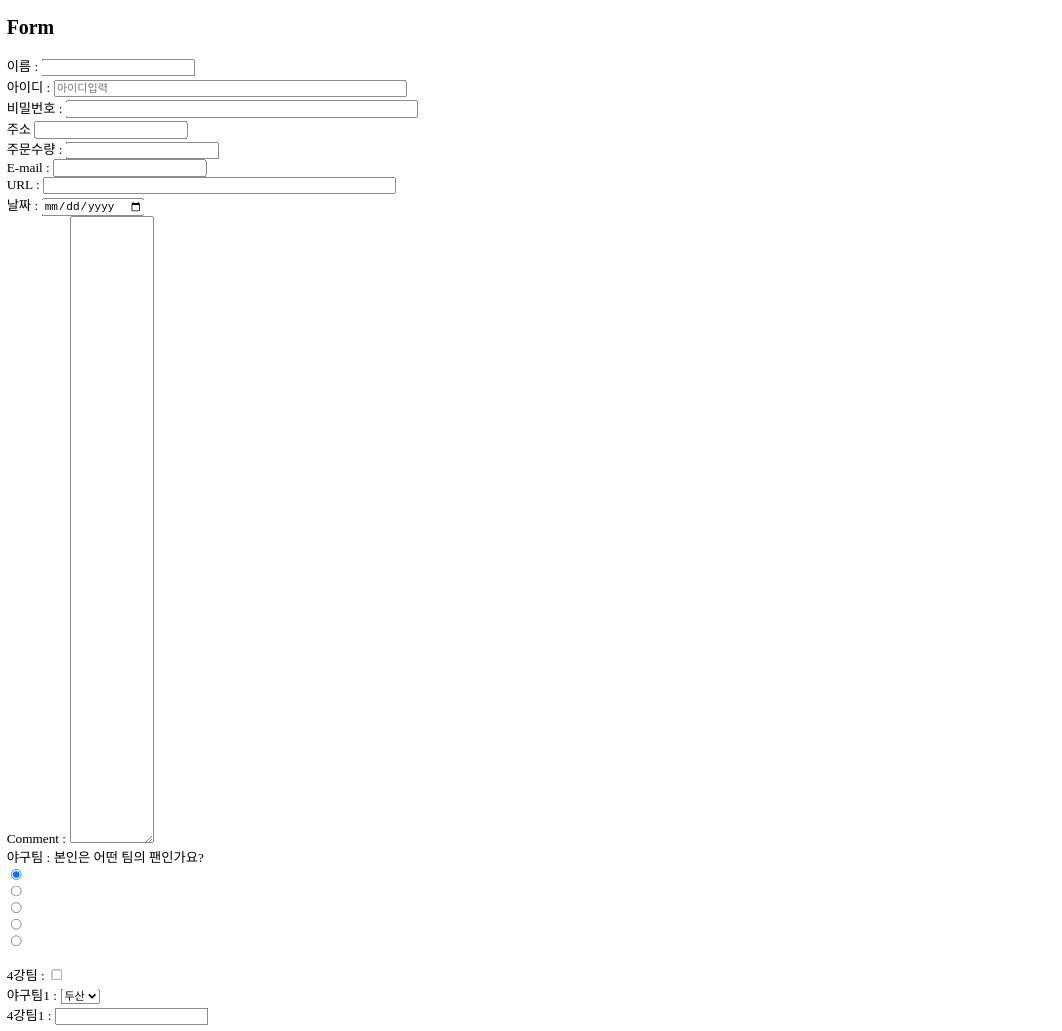
Repository: star-min/jsp_basic
Page: jsp1/web01/src/main/webapp/form.html
The author's editor kept a copy of each file at every save. The page is drawn from the files as they stood at one save, then again after the next save.
The browser window is 1280 px wide. The pictures show the whole page, at 83% of full size.

Above is the page before, as saved 2022-04-22 05:50:44.

### jsp1/web01/src/main/webapp/form.html
<!DOCTYPE html>
<html>
<head>
<meta charset="UTF-8">
<title>From</title>
<style>

</style>
</head>
<body>
	<header>
		<h2>Form</h2>
	</header>
	<tbody>
		<div>
			<tr>
				<th><label for="mname">이름 : </label></th>
				<td>
					<input type="text" id="mname" name="mname" class="name">
					</br>
				</td>
			</tr>
			<tr>
				<th><label for="id">아이디 : </label></th>
				<td>
					<input type="text" id="id" name="id" class="indata" size="50" placeholder="아이디입력" required>
					</br>
				</td>
			</tr>
			<tr>
				<th><label for="upw">비밀번호 : </label></th>
				<td>
					<input type="password"  id="upw" name="upw" class="pw" size="50">
					</br>
				</td>
			</tr>
			<tr>
				<th><label for="addrss">주소</label></th>
				<td>
					<input type="text" >
					</br>
				</td>
			</tr>
			<tr>
				<th><label for="number">주문수량 : </label></th>
				<td>
					<input type="number" name="qty" id="qty" size="50">
					</br>
				</td>
			</tr>
			<tr>
				<th><label for="text">E-mail : </label></th>
				<td>
					<input type="text">
					</br>
				</td>
			</tr>
			<tr>
				<th><label for="url">URL : </label></th>
				<td>
					<input type="url" name="url" id="url" size="50">
					</br>
				</td>
			</tr>
			<tr>
				<th><label for="date">날짜 : </label></th>
				<td>
					<input type="date" name="date" id="date">
					</br>
				</td>
			</tr>
			<tr>
				<th><label for="comment">Comment : </label></th>
				<td>
					<textarea name="comment" rows="50" cols="10" name="comment" id="comment"></textarea>
					</br>
				</td>
			</tr>
			<tr>
				<th><label for="baseball">야구팀 : </label></th>
				<td>
					<span id="baseball">본인은 어떤 팀의 팬인가요?</span><br>
					<input type="radio" name="baseball" id="baseball" value="두산" checked><br>
					<input type="radio" name="baseball" id="baseball" value="삼성"><br>
					<input type="radio" name="baseball" id="baseball" value="한화"><br>
					<input type="radio" name="baseball" id="baseball" value="KIA"><br>
					<input type="radio" name="baseball" id="baseball" value="NC"><br>
					</br>
				</td>
			</tr>
			<tr>
				<th><label for="">4강팀 : </label></th>
				<td>
					<input type="checkbox">
					</br>
				</td>
			</tr>
			<tr>
				<th><label for="">야구팀1 : </label></th>
				<td>
					<select name="base">
					<option value="두산">두산</option>
					<option value="삼성">삼성</option>
					<option value="한화">한화</option>
					</select>
					</br>
				</td>
			</tr>
			<tr>
				<th><label for="">4강팀1 : </label></th>
				<td>
					<input type="">
					</br>
				</td>
			</tr>
		</div>
	</tbody>
</body>
</html>

After the next save:
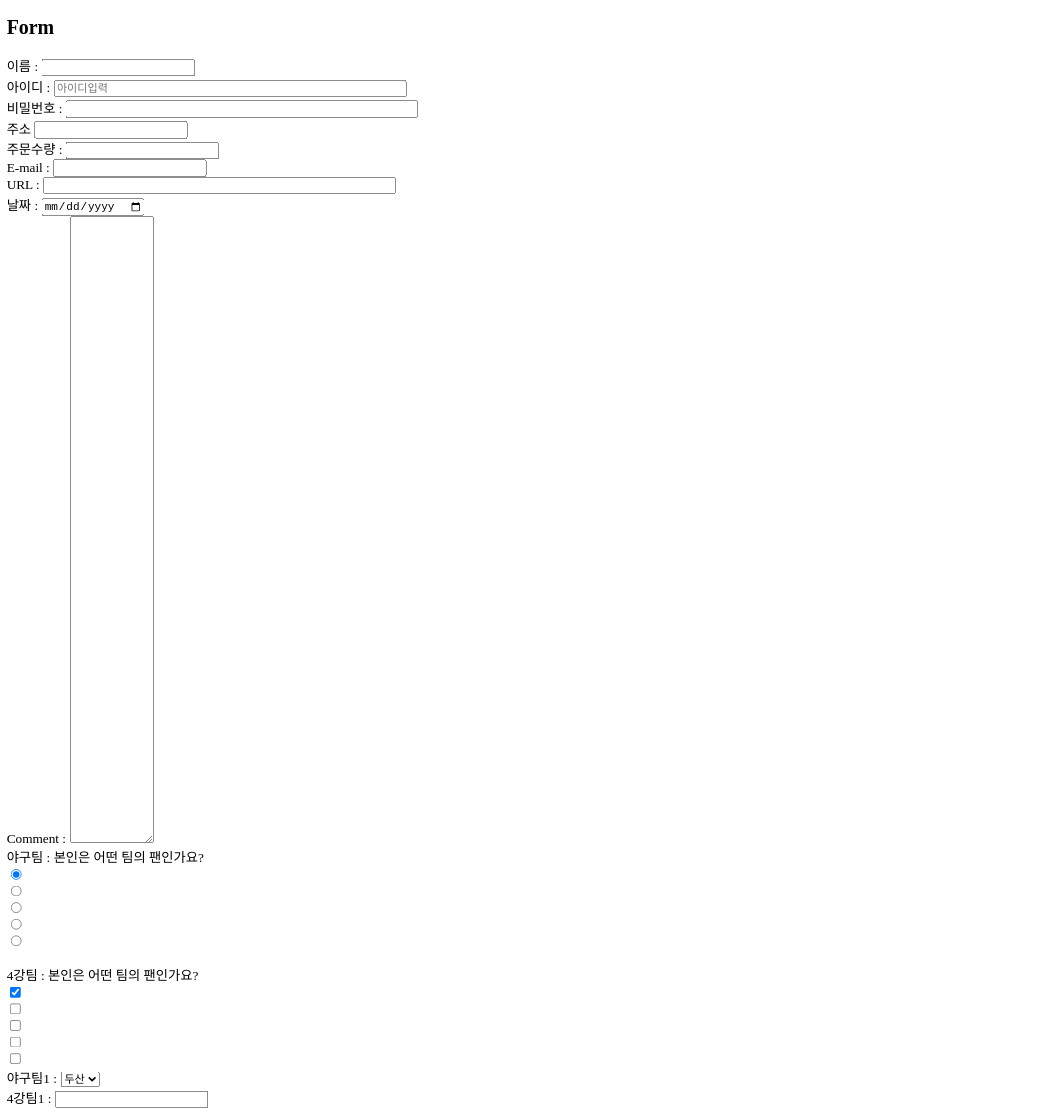
Saved 2 min 0 s later.
--- a/jsp1/web01/src/main/webapp/form.html
+++ b/jsp1/web01/src/main/webapp/form.html
@@ -89,10 +89,14 @@
 				</td>
 			</tr>
 			<tr>
-				<th><label for="">4강팀 : </label></th>
+				<th><label for="favorite">4강팀 : </label></th>
 				<td>
-					<input type="checkbox">
-					</br>
+					<span id="favorite">본인은 어떤 팀의 팬인가요?</span><br>
+					<input type="checkbox" name="baseball" id="baseball1" value="두산" checked><br>
+					<input type="checkbox" name="baseball" id="baseball2" value="삼성"><br>
+					<input type="checkbox" name="baseball" id="baseball3" value="한화"><br>
+					<input type="checkbox" name="baseball" id="baseball4" value="KIA"><br>
+					<input type="checkbox" name="baseball" id="baseball5" value="NC"><br>
 				</td>
 			</tr>
 			<tr>
